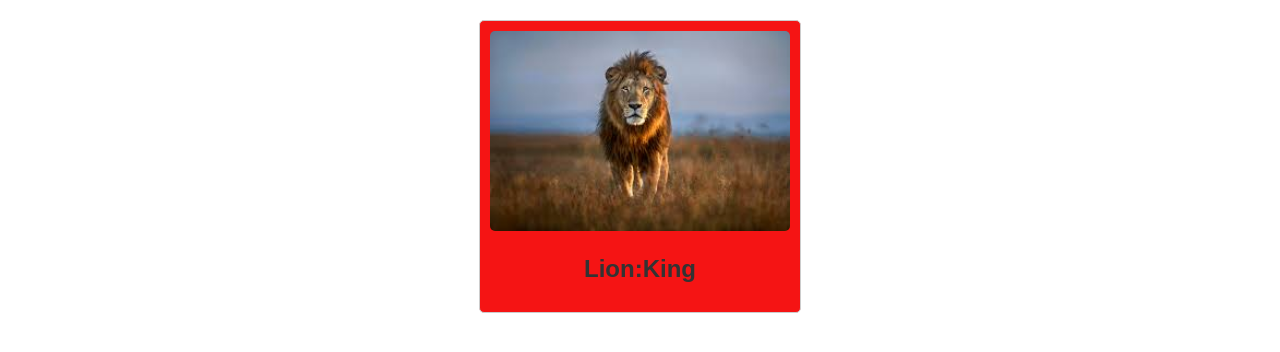
Repository: KingBoyMaylow/Animal-trading-card
Page: index.html
These files come from the project's save history. The page is drawn as it stood at one moment and after a run of saves; the edit follows.
The browser window is 1280 px wide. The pictures show the whole page.

Above is the page before, as saved 2024-05-13 21:42:41.

### index.html
<!DOCTYPE html>
<html lang="en">
<head>
    <meta charset="UTF-8">
    <meta name="viewport" content="width=device-width, initial-scale=1.0">
    <title>Document</title>
</head>
<body>
    <style>
    body {
        font-family: Arial, sans-serif;
        text-align: center;
    }
    .card {
        width: 300px;
        border: 1px solid #ccc;
        border-radius: 5px;
        margin: 20px auto;
        padding: 10px;
        background-color: #f51414;
    }
    .card img {
        width: 100%;
        border-radius: 5px;
    }
    .card h2 {
        color: #333;
    }
    .card p {
        color: #666;
    }
</style>
</head>
<body>
    <div class="card">
        <img src="lion.jpeg" alt="Lion">
        <h2>Lion:King</h2>
    </div>
</body>
</html>

After the next 2 saves:
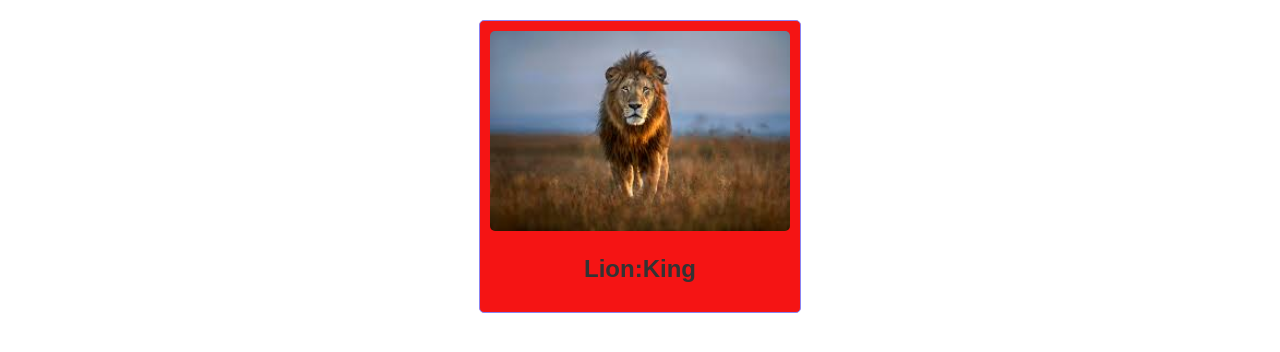
The 2 saves are shown as one change because they came seconds apart.
The last was saved 21 s later.
--- a/index.html
+++ b/index.html
@@ -13,7 +13,7 @@
     }
     .card {
         width: 300px;
-        border: 1px solid #ccc;
+        border: 1px solid #8a83f1;
         border-radius: 5px;
         margin: 20px auto;
         padding: 10px;
